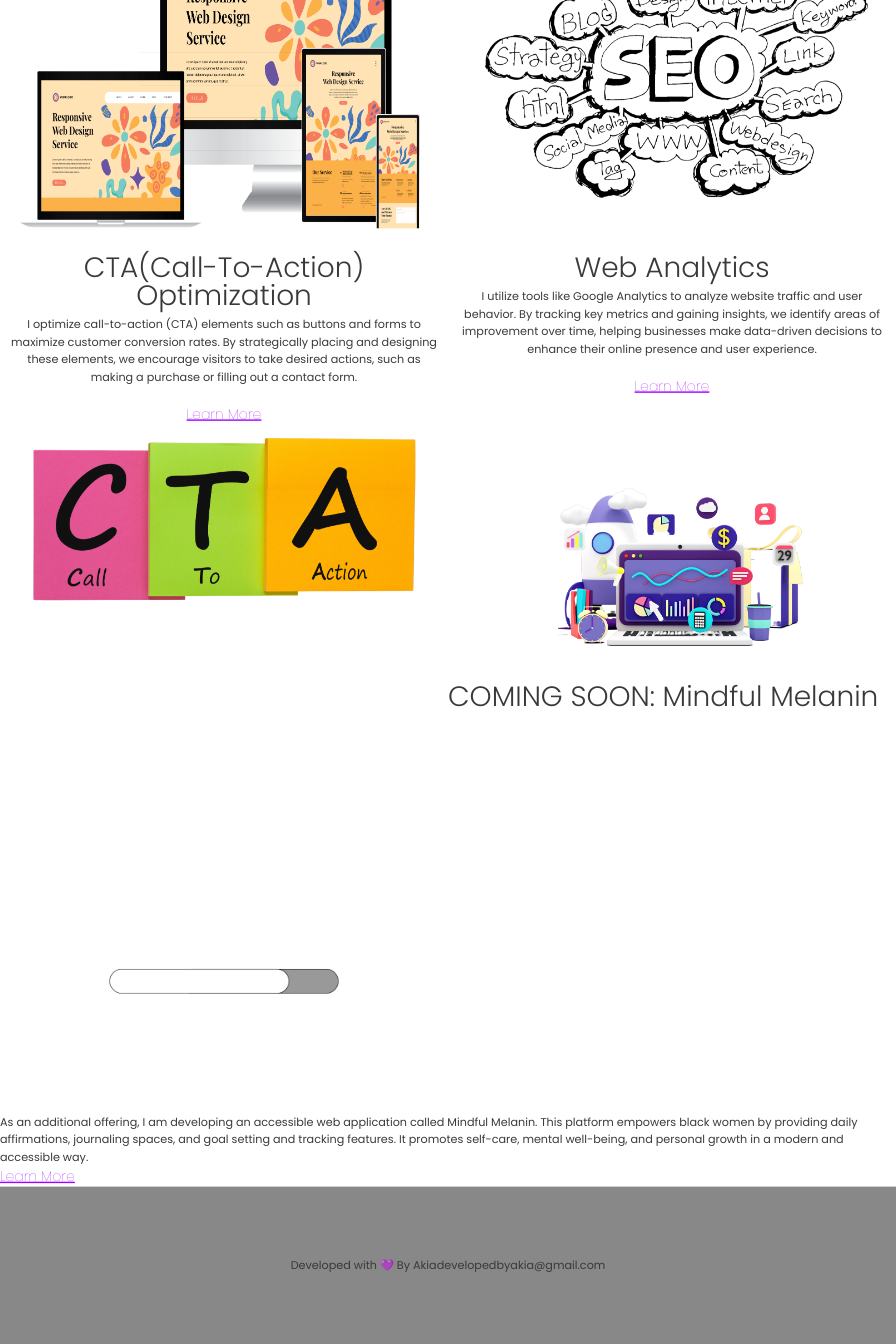
Repository: akiachenise/akiachenise.github.io
Page: index.html
These files come from the project's save history. The page is drawn as it stood at one moment and after the next save; the edit follows.
The browser window is 1280 px wide. The pictures show the part of the page from y = 963 to 2883 px (the page is 2883 px tall), at 70% of full size.

Above is the page before, as saved 2023-06-08 19:50:12.

### index.html
<!DOCTYPE html>
<html lang = "en">
<head>
     <meta charset="utf-8" />
     <title>Developed By Akia</title>
     <link rel="stylesheet" href="css/styles.css" />
     <meta name="viewport" content="width=device-width, initial-scale=1">

</head>
<body>
    <header>
        <div class="switch">
            <div class="flicker"></div>
            <div class="moon"></div>
        </div>
    </header>

    <section class="main">
        <div class="main-text">
            <h1>Hi I'm Akia</h1>
            <p>I'm a Full Stack Software Developer, and Accessibility Advocate</p>
            <br/>
            <p>I am passionate about Mindful Web Development and creating user-centric experiences</p>
            <br/>
            <a href="#footer">contact me ></a>
        </div>

        </section>
    <section class="sub-section">
        <div class="square" id="web-design">
            <h2>Web Design and Development</h2>
            <p>I specialize in creating accessible mobile-first designs that engage users and drive results. Working closely with clients, we understand their needs and goals, delivering unique online experiences that align with their brand identity and business objectives</p>
            </br>
            <a href="">Learn More</a>
        </div>
        <div class="square" id="search-engine">
            <h2>Search Engine Optimization(SEO)</h2>
            <p>I help businesses improve their online presence and boost customer conversion rates through effective Search Engine Optimization. This includes comprehensive keyword research, technical SEO, and local SEO strategies to enhance visibility and attract organic traffic.</p>
            </br>
            <a href="">Learn More</a>
        </div>
        <div class="square" id="call-to-action">
            <h2>CTA(Call-To-Action) Optimization</h2>
            <p>I optimize call-to-action (CTA) elements such as buttons and forms to maximize customer conversion rates. By strategically placing and designing these elements, we encourage visitors to take desired actions, such as making a purchase or filling out a contact form.</p>
            </br>
            <a href="">Learn More</a>
        </div>
        <div class="square" id="web-analytics">
            <h2>Web Analytics</h2>
            <p>I utilize tools like Google Analytics to analyze website traffic and user behavior. By tracking key metrics and gaining insights, we identify areas of improvement over time, helping businesses make data-driven decisions to enhance their online presence and user experience.</p>
            </br>
            <a href="">Learn More</a>
        </div>
        <div class="square" id="coming-soon"></div>
            <h2>COMING SOON: Mindful Melanin</h2>
            <p>As an additional offering, I am developing an accessible web application called Mindful Melanin. This platform empowers black women by providing daily affirmations, journaling spaces, and goal setting and tracking features. It promotes self-care, mental well-being, and personal growth in a modern and accessible way.</p>
            </br>
            <a href="">Learn More</a>
        </div>
    </section>

        <footer id ="footer">
            <p>Developed with 💜 By Akia</p><p span>developedbyakia@gmail.com</p>


            <script src="scripts.js></script>
        </body>
    </html>

### css/styles.css
@import url('https://fonts.googleapis.com/css2?family=Poppins:ital,wght@0,100;0,200;0,300;0,400;0,500;0,600;0,700;0,800;0,900;1,100;1,200;1,400;1,500;1,600;1,700;1,800;1,900&display=swap');

body {
    transition: 0.3s;
    margin: 0;
    padding:0;
    background-color: 241, 239, 239);
    font-family: 'Poppins', sans-serif;
    color: rgb(57, 57, 57);
}
h1 {
    font-size: 70px;
    line-height:70px;
    font-weight: 300;
    margin: 10px 0;
}

h2 {
    font-size: 40px;
    line-height: 40px;
    font-weight: 300;
    margin: 10px 0;
}

p {
    margin: 0px;
    font-size 20px;
}

a {
    color:rgb(162, 0, 255);
    font-size: 20px;
    font-weight: 100;
}

.dark a {
    color: rgb(246, 169, 241);
}


header {
    display: flex;
    justify-content: flex-end;
    padding: 30px;
}

.switch {
  width: 80px;
  height: 40px;
  border-radius: 20px;
  background-color: rgb(39, 38, 38);
  position:relative:
}

.flicker {
  width: 30px;
  height: 30px;
  border-radius: 15px;
  background-color: rgb(255, 255, 255);
  position:absolute;
  top: 5px;
  left: 5px;
  transition: 0.3s;
  box-shadow:
    inset 4px 4px 4px rgb(255, 255, 255);
    inset -4px -4px -1px rgb(195 193 198 / 90%);
}

.dark {
    background-color: rgb(57, 57, 57);
    transition: 0.3s;
}

.moon {
    width: 20px;
    height: 20px;
    border-radius: 10px;
    box-shadow: 4px 4px 0 0 rgb(255, 255, 255);
    position: absolute;
    top: 5px;
    left: 45px;
}

.dark .flicker {
    transform: translateX(40px);
}

.dark > * {
    color: rgb(255, 255, 255);
}

.main{
    height: 80vh;
}
.main-text {
    width: 50%;
    padding: 30px;
}

.square{
    width: 98%%;
    margin: 1%
    height: 350px;
    background-color: rgb(255, 255, 255);
    text-align: center;
}

.dark .square {
    background-color: rgb(71, 71, 71);
}
#web-design {
    background-image: url("../images/web-design.png");
    background-size: cover;
}

#search-engine {
    background-image: url("../images/search-engine.png");
    background-size: cover;
}

#call-to-action {
    background-image: url("../images/call-to-action.png");
    background-size: cover;
}

#web-analytics {
    background-image: url("../images/web-analytics.png");
    background-size: cover;
}

#coming-soon {
    background-image: url("../images/coming-soon-light.png");
    background-size: cover;
}

.dark #coming-soon {
    background-image: url("../images/coming-soon-dark.png");
    background-size: cover;
}



.sub-section {
    display: flex;
    flex-wrap: wrap;
}

footer {
    display: flex;
    justify-content: center;
    padding: 100px 30px;
    background-color: rgb(136, 136, 136);
}

.dark footer {
    background-color: (28, 28, 28);
}


@media only screen and (min-width: 970px) {
    .square {
        width: 48%;
        margin: 1%;
        height: 600px;
    }

}
}

After the next save:
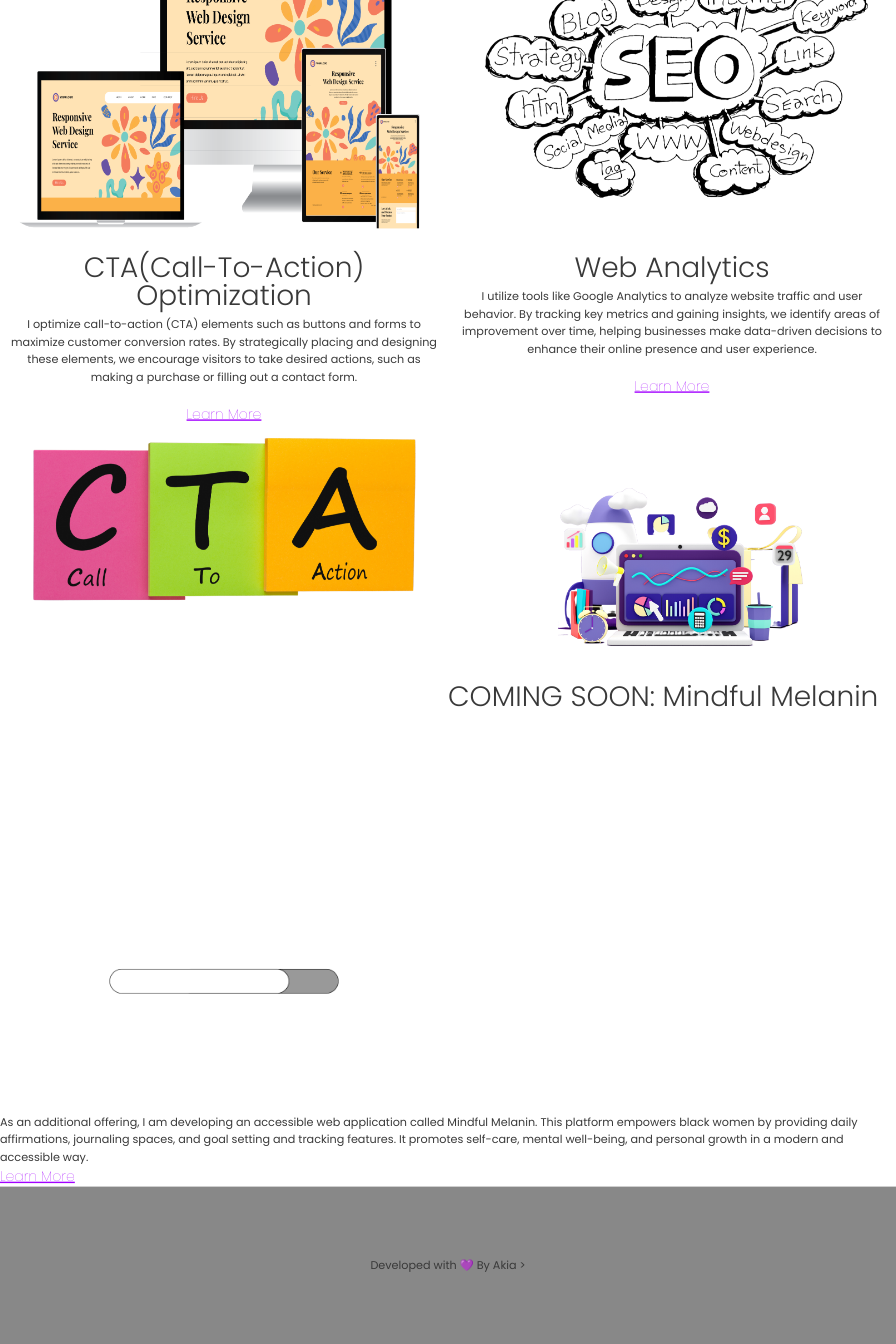
Saved 5 min 33 s later.
--- a/index.html
+++ b/index.html
@@ -60,7 +60,7 @@
     </section>
 
         <footer id ="footer">
-            <p>Developed with 💜 By Akia</p><p span>developedbyakia@gmail.com</p>
+            <p>Developed with 💜 By Akia</p>&nbsp;><p><a href="mailto:developedbyakia@gmail.com"></a></p>
 
 
             <script src="scripts.js></script>
